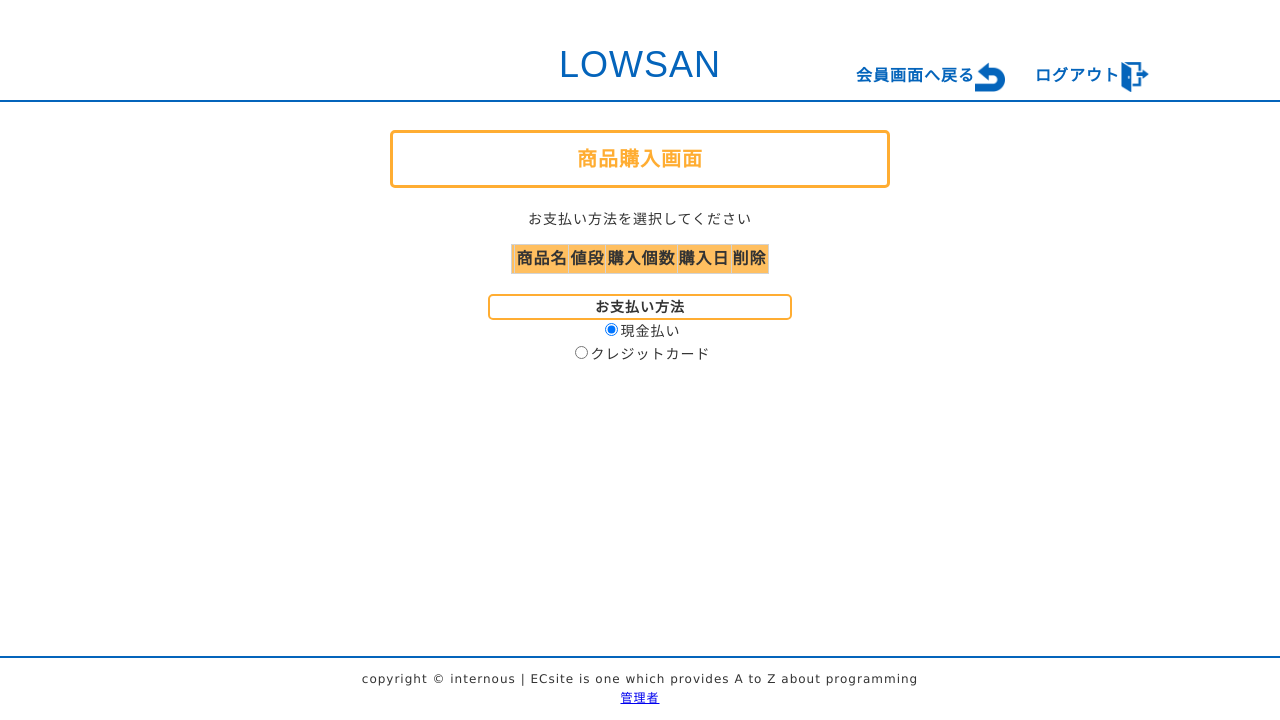
Repository: nishimura0212/myECsite
Page: http://localhost/ecsite/buyItem.jsp
The author's editor kept a copy of each file at every save. The page is drawn from the files as they stood at one save, then again after the next save.
The browser window is 1280 px wide. The pictures show the whole page.
The page is served by Tomcat 9.

Above is the page before, as saved 2019-01-02 14:40:40.

After the next save:
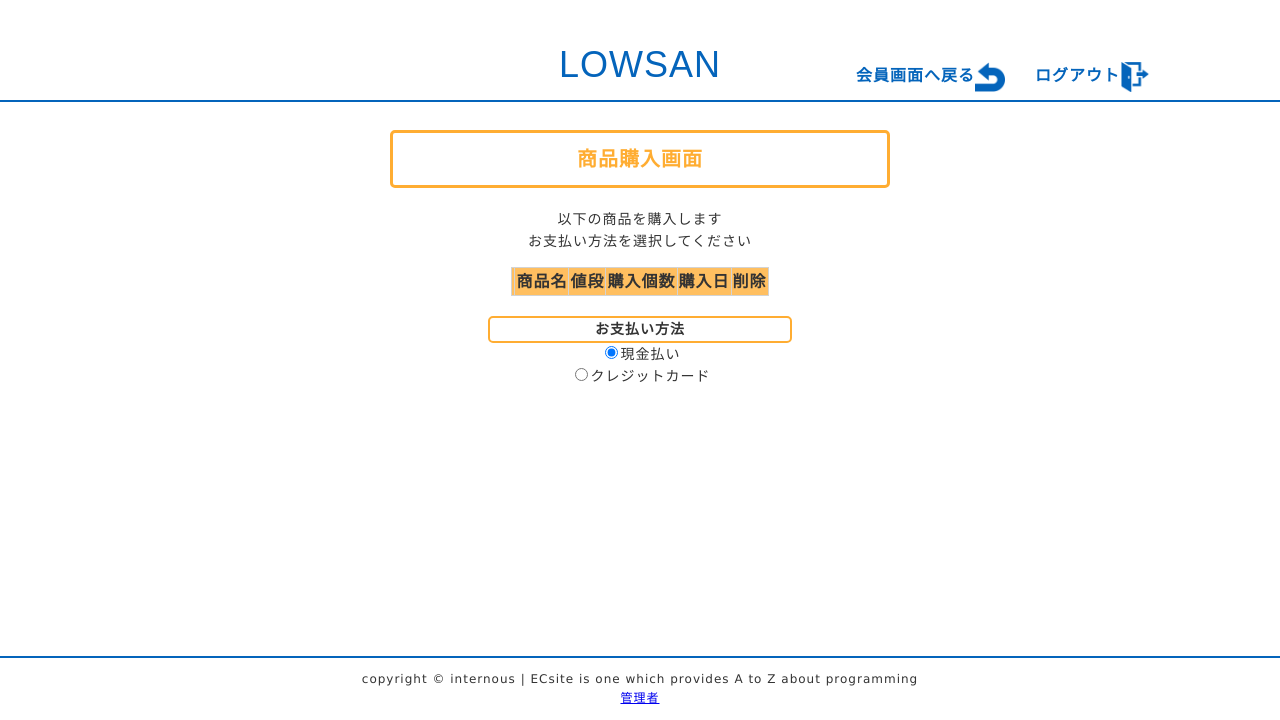
Saved 51 s later.
--- a/ecsite/WebContent/buyItem.jsp
+++ b/ecsite/WebContent/buyItem.jsp
@@ -34,7 +34,9 @@
 		<div id="top">
 			<p>商品購入画面</p>
 		</div>
-		<p class="comment">お支払い方法を選択してください</p>
+		<p class="comment">
+		以下の商品を購入します<br>
+		お支払い方法を選択してください</p>
 		<table class="history-table">
 			<tr>
 				<th></th>
